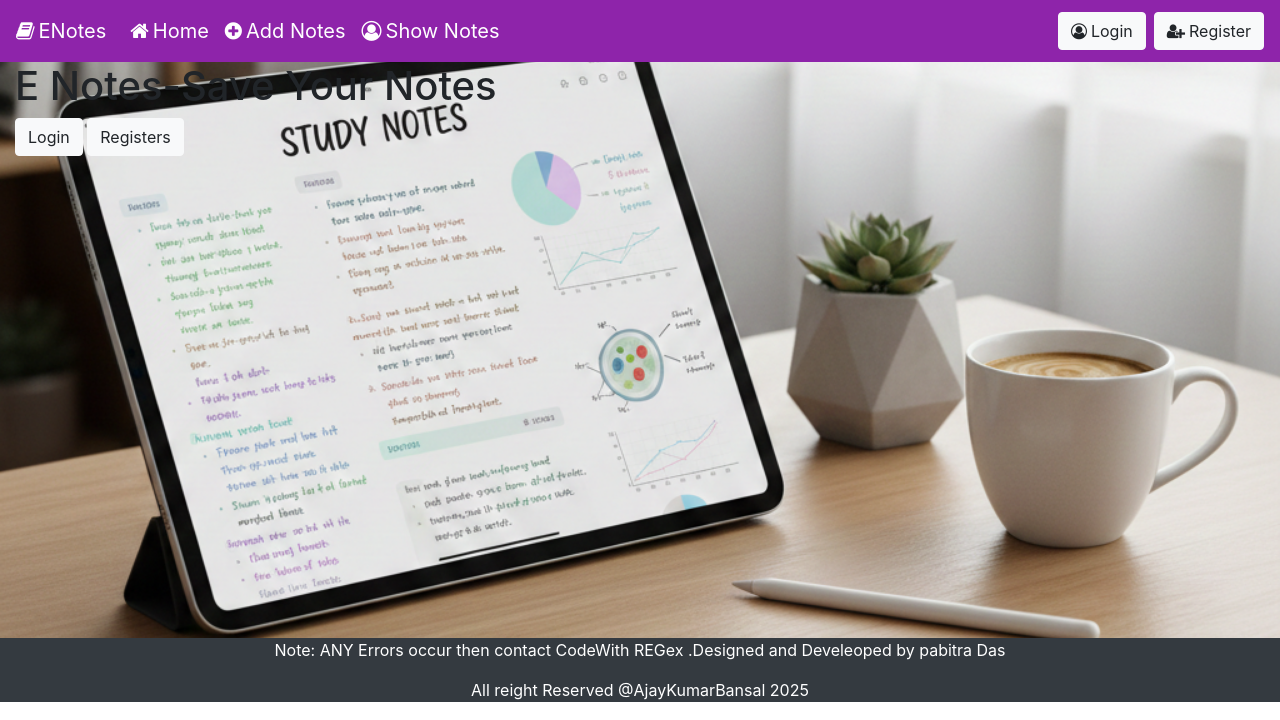
Repository: Bansal140899/eclipse-workspace
Page: http://localhost/ENotesProject/
These files come from the project's save history. The page is drawn as it stood at one moment and after the next save; the edit follows.
The browser window is 1280 px wide. The pictures show the whole page.
The page is served by Tomcat 9.

Above is the page before, as saved 2025-12-21 21:25:38.

After the next save:
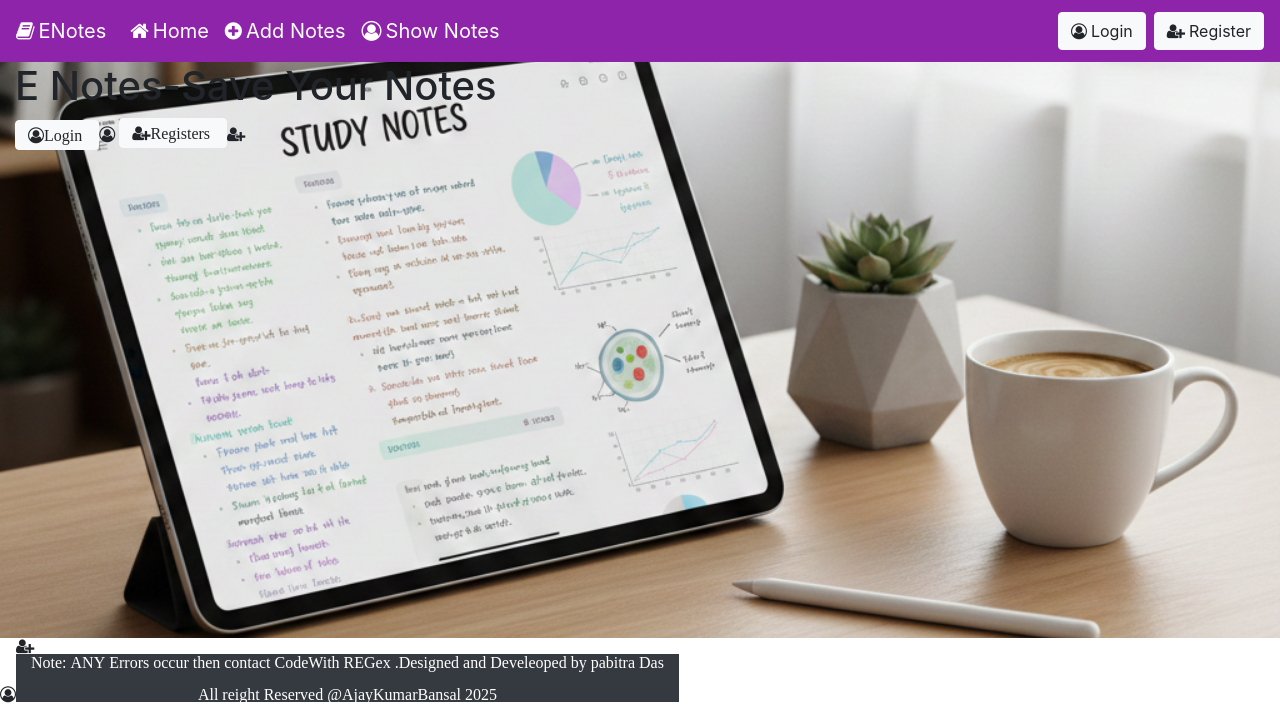
Saved 76 s later.
--- a/ENotesProject/src/main/webapp/index.jsp
+++ b/ENotesProject/src/main/webapp/index.jsp
@@ -21,8 +21,8 @@
 	<%@include file="All_Component/navbar.jsp"%>
 	<div class="container-fluid back-img">
 	<h1>E Notes-Save Your Notes</h1>
-    <a href="login.jsp" class="btn btn-light">Login</a>
-	  <a href="register.jsp" class="btn btn-light">Registers</a>
+    <a href="login.jsp" class="btn btn-light"><i class="fa fa-user-circle-o mr-1" aria-hidden="true">Login</a>
+	  <a href="register.jsp" class="btn btn-light"><i class="fa fa-user-plus mr-1" aria-hidden="true">Registers</a>
 
 	</div>
 	<%@include file="All_Component/footer.jsp"%>

After the save that followed:
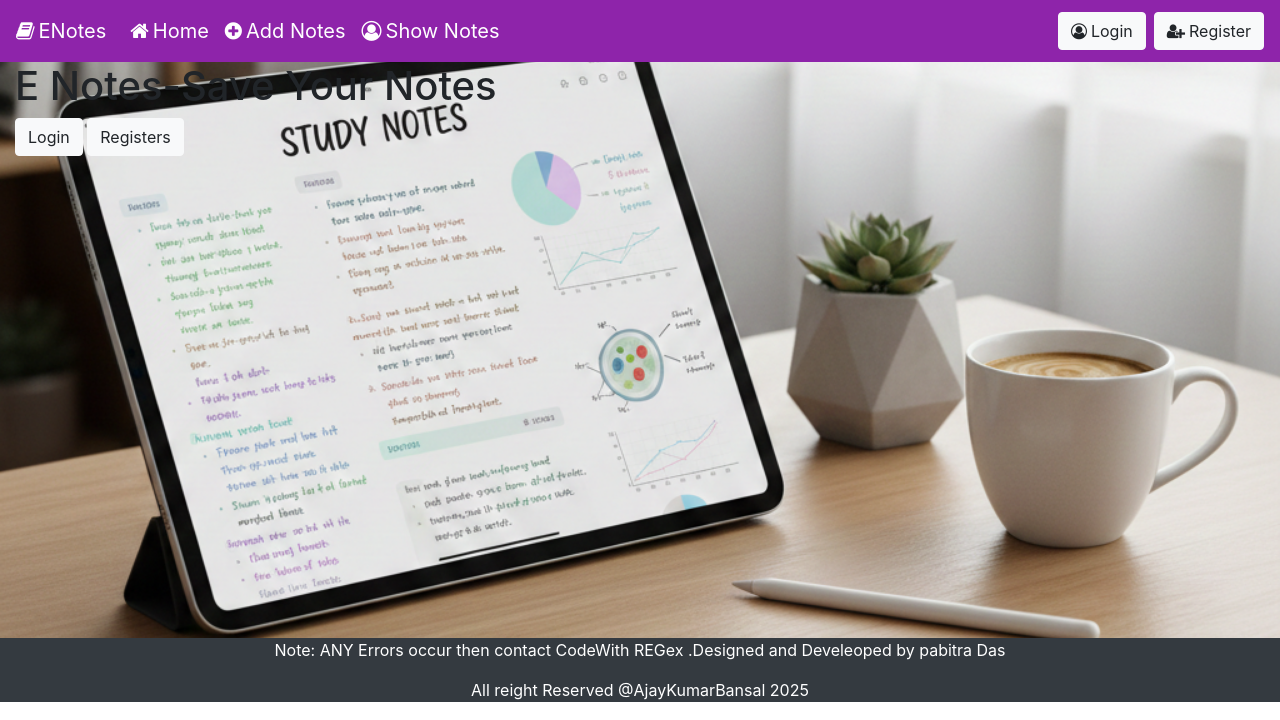
Saved 81 s later.
--- a/ENotesProject/src/main/webapp/index.jsp
+++ b/ENotesProject/src/main/webapp/index.jsp
@@ -21,8 +21,8 @@
 	<%@include file="All_Component/navbar.jsp"%>
 	<div class="container-fluid back-img">
 	<h1>E Notes-Save Your Notes</h1>
-    <a href="login.jsp" class="btn btn-light"><i class="fa fa-user-circle-o mr-1" aria-hidden="true">Login</a>
-	  <a href="register.jsp" class="btn btn-light"><i class="fa fa-user-plus mr-1" aria-hidden="true">Registers</a>
+    <a href="login.jsp" class="btn btn-light">Login</a>
+	  <a href="register.jsp" class="btn btn-light">Registers</a>
 
 	</div>
 	<%@include file="All_Component/footer.jsp"%>
